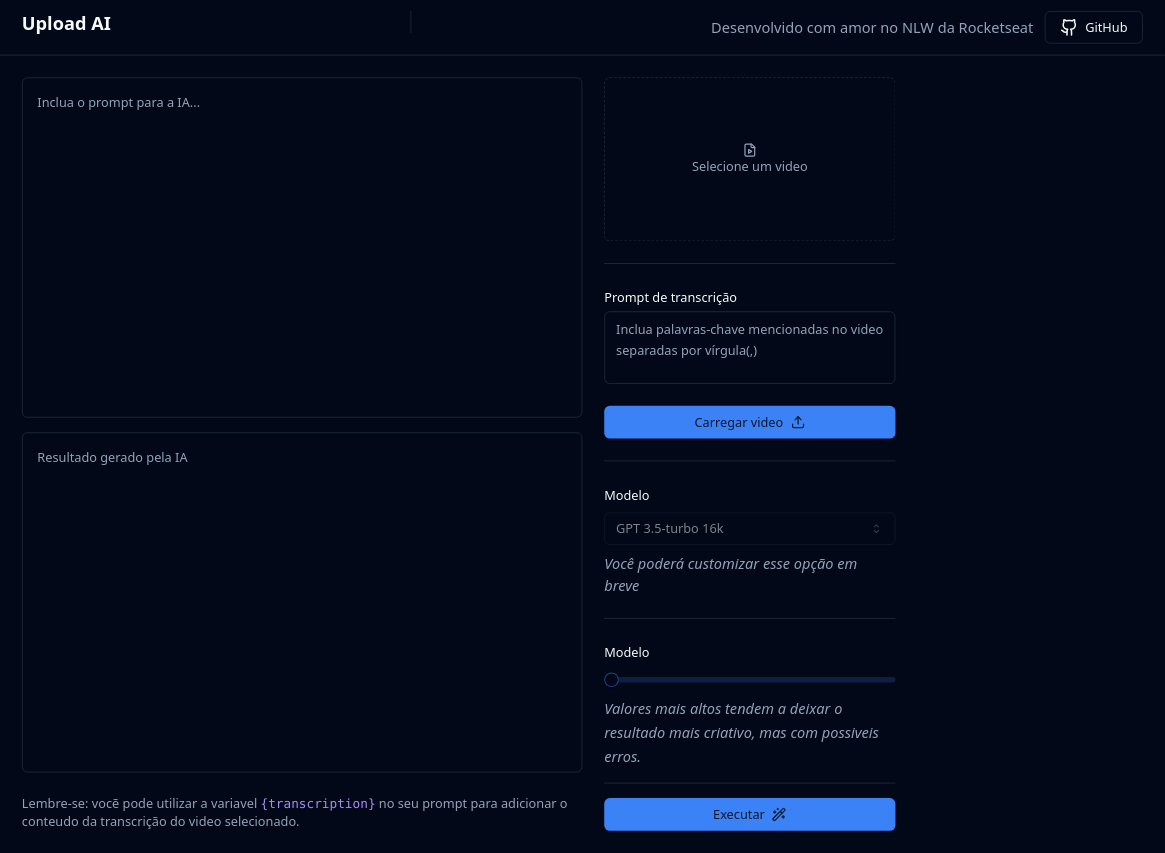
Repository: brksaian/nlw-2023-IA
Page: /
The author's editor kept a copy of each file at every save. The page is drawn from the files as they stood at one save, then again after the next save.
The browser window is 1280 px wide. The pictures show the whole page, at 91% of full size.
The project was rebuilt for these pictures with package versions that can differ from the ones it lists, and the page was loaded fresh each time. Also part of the build but not shown: vite.config.ts.

Above is the page before, as saved 2023-09-13 01:03:45.

### index.html
<!DOCTYPE html>
<html lang="en">
  <head>
    <meta charset="UTF-8" />
    <meta name="viewport" content="width=device-width, initial-scale=1.0" />
    <title>Upload AI</title>
  </head>
  <body>
    <div id="root"></div>
    <script type="module" src="/src/main.tsx"></script>
  </body>
</html>

### src/App.tsx
import { Button } from "./components/ui/button";
import { Github, FileVideo, Upload, Wand2 } from "lucide-react";
import { Separator } from "./components/ui/separator";
import { Textarea } from "./components/ui/textarea";
import { Label } from "./components/ui/label";
import {
  Select,
  SelectContent,
  SelectItem,
  SelectTrigger,
  SelectValue,
} from "./components/ui/select";
import { Slider } from "./components/ui/slider";

export function App() {
  return (
    <div className="min-h-screen flex flex-col">
      <div className="px-6 py-3 flex item-center justify-between border-b">
        <h1 className="text-xl font-bold">Upload AI</h1>

        <Separator orientation="vertical" className="h-6" />

        <div className="flex items-center gap-3">
          <span className="text-small text-muted-foreground">
            Desenvolvido com amor no NLW da Rocketseat
          </span>
          <Button variant="outline">
            <Github className="w-5 h-5 mr-2" />
            GitHub
          </Button>
        </div>
      </div>
      <main className="flex-1 p-6 flex gap-6">
        <div className="flex flex-col gap-6 w-1/2">
          <div className="grid grid-rows-2 gap-4 flex-1">
            <Textarea
              placeholder="Inclua o prompt para a IA..."
              className="resize-none p-4 leading-relaxed"
            />
            <Textarea
              placeholder="Resultado gerado pela IA"
              className="resize-none p-4 leading-relaxed"
              readOnly
            />
          </div>
          <p className="text-sm text-muted-foreground">
            Lembre-se: vocẽ pode utilizar a variavel{" "}
            <code className="text-violet-400">{"{transcription}"}</code> no seu
            prompt para adicionar o conteudo da transcrição do video
            selecionado.
          </p>
        </div>
        <aside className="w-80 space-y-6">
          <form className="space-y-6">
            <label
              htmlFor="video"
              className="border flex rounded-md aspect-video cursor-pointer border-dashed text-sm flex-col items-center justify-center text-muted-foreground hover:bg-primary/5"
            >
              <FileVideo className="w-4 h-4" />
              Selecione um video
            </label>
            <input
              type="file"
              name="video"
              id="video"
              className="sr-only"
              accept="video/mp4"
            />

            <Separator />

            <div className="space-y-1">
              <Label htmlFor="transcription-prompt">
                Prompt de transcrição
              </Label>
              <Textarea
                id="transcription-prompt"
                placeholder="Inclua palavras-chave mencionadas no video separadas por vírgula(,)"
                className="h-20 leading-relaxed resize-none"
              />
            </div>

            <Button className="w-full">
              Carregar video
              <Upload className="w-4 h-4 ml-2" />
            </Button>
          </form>

          <Separator />

          <form className="space-y-6">
            <div className="space-y-2">
              <Label htmlFor="keywords">Modelo</Label>
              <Select disabled defaultValue="gpt3.5">
                <SelectTrigger>
                  <SelectValue />
                </SelectTrigger>
                <SelectContent>
                  <SelectItem value={"gpt3.5"}>GPT 3.5-turbo 16k</SelectItem>
                </SelectContent>
              </Select>
              <span className="text-xm text-muted-foreground block italic">
                Você poderá customizar esse opção em breve
              </span>
            </div>
          </form>

          <Separator />

          <form className="space-y-6">
            <div className="space-y-4">
              <Label htmlFor="keywords">Modelo</Label>
              <Slider min={0} max={1} step={0.1} />
              <span className="text-xm text-muted-foreground block italic leading-relaxed">
                Valores mais altos tendem a deixar o resultado mais criativo,
                mas com possiveis erros.
              </span>

              <Separator />

              <Button className="w-full" type="submit">
                Executar
                <Wand2 className="w-4 h-4 ml-2" />
              </Button>
            </div>
          </form>
        </aside>
      </main>
    </div>
  );
}

### src/index.css
@tailwind base;
@tailwind components;
@tailwind utilities;

@layer base {
  :root {
    --background: 222.2 84% 4.9%;
    --foreground: 210 40% 98%;
    --card: 222.2 84% 4.9%;
    --card-foreground: 210 40% 98%;
    --popover: 222.2 84% 4.9%;
    --popover-foreground: 210 40% 98%;
    --primary: 217.2 91.2% 59.8%;
    --primary-foreground: 222.2 47.4% 11.2%;
    --secondary: 217.2 32.6% 17.5%;
    --secondary-foreground: 210 40% 98%;
    --muted: 217.2 32.6% 17.5%;
    --muted-foreground: 215 20.2% 65.1%;
    --accent: 217.2 32.6% 17.5%;
    --accent-foreground: 210 40% 98%;
    --destructive: 0 62.8% 30.6%;
    --destructive-foreground: 210 40% 98%;
    --border: 217.2 32.6% 17.5%;
    --input: 217.2 32.6% 17.5%;
    --ring: 224.3 76.3% 48%;

    --radius: 0.5rem;
  }
}

@layer base {
  * {
    @apply border-border;
  }
  body {
    @apply bg-background text-foreground;
  }
}

### src/components/ui/button.tsx
import * as React from "react"
import { Slot } from "@radix-ui/react-slot"
import { cva, type VariantProps } from "class-variance-authority"

import { cn } from "@/lib/utils"

const buttonVariants = cva(
  "inline-flex items-center justify-center rounded-md text-sm font-medium transition-colors focus-visible:outline-none focus-visible:ring-1 focus-visible:ring-ring disabled:pointer-events-none disabled:opacity-50",
  {
    variants: {
      variant: {
        default:
          "bg-primary text-primary-foreground shadow hover:bg-primary/90",
        destructive:
          "bg-destructive text-destructive-foreground shadow-sm hover:bg-destructive/90",
        outline:
          "border border-input bg-transparent shadow-sm hover:bg-accent hover:text-accent-foreground",
        secondary:
          "bg-secondary text-secondary-foreground shadow-sm hover:bg-secondary/80",
        ghost: "hover:bg-accent hover:text-accent-foreground",
        link: "text-primary underline-offset-4 hover:underline",
      },
      size: {
        default: "h-9 px-4 py-2",
        sm: "h-8 rounded-md px-3 text-xs",
        lg: "h-10 rounded-md px-8",
        icon: "h-9 w-9",
      },
    },
    defaultVariants: {
      variant: "default",
      size: "default",
    },
  }
)

export interface ButtonProps
  extends React.ButtonHTMLAttributes<HTMLButtonElement>,
    VariantProps<typeof buttonVariants> {
  asChild?: boolean
}

const Button = React.forwardRef<HTMLButtonElement, ButtonProps>(
  ({ className, variant, size, asChild = false, ...props }, ref) => {
    const Comp = asChild ? Slot : "button"
    return (
      <Comp
        className={cn(buttonVariants({ variant, size, className }))}
        ref={ref}
        {...props}
      />
    )
  }
)
Button.displayName = "Button"

export { Button, buttonVariants }

### src/components/ui/separator.tsx
import * as React from "react"
import * as SeparatorPrimitive from "@radix-ui/react-separator"

import { cn } from "@/lib/utils"

const Separator = React.forwardRef<
  React.ElementRef<typeof SeparatorPrimitive.Root>,
  React.ComponentPropsWithoutRef<typeof SeparatorPrimitive.Root>
>(
  (
    { className, orientation = "horizontal", decorative = true, ...props },
    ref
  ) => (
    <SeparatorPrimitive.Root
      ref={ref}
      decorative={decorative}
      orientation={orientation}
      className={cn(
        "shrink-0 bg-border",
        orientation === "horizontal" ? "h-[1px] w-full" : "h-full w-[1px]",
        className
      )}
      {...props}
    />
  )
)
Separator.displayName = SeparatorPrimitive.Root.displayName

export { Separator }

### src/components/ui/textarea.tsx
import * as React from "react"

import { cn } from "@/lib/utils"

export interface TextareaProps
  extends React.TextareaHTMLAttributes<HTMLTextAreaElement> {}

const Textarea = React.forwardRef<HTMLTextAreaElement, TextareaProps>(
  ({ className, ...props }, ref) => {
    return (
      <textarea
        className={cn(
          "flex min-h-[60px] w-full rounded-md border border-input bg-transparent px-3 py-2 text-sm shadow-sm placeholder:text-muted-foreground focus-visible:outline-none focus-visible:ring-1 focus-visible:ring-ring disabled:cursor-not-allowed disabled:opacity-50",
          className
        )}
        ref={ref}
        {...props}
      />
    )
  }
)
Textarea.displayName = "Textarea"

export { Textarea }

### src/components/ui/label.tsx
import * as React from "react"
import * as LabelPrimitive from "@radix-ui/react-label"
import { cva, type VariantProps } from "class-variance-authority"

import { cn } from "@/lib/utils"

const labelVariants = cva(
  "text-sm font-medium leading-none peer-disabled:cursor-not-allowed peer-disabled:opacity-70"
)

const Label = React.forwardRef<
  React.ElementRef<typeof LabelPrimitive.Root>,
  React.ComponentPropsWithoutRef<typeof LabelPrimitive.Root> &
    VariantProps<typeof labelVariants>
>(({ className, ...props }, ref) => (
  <LabelPrimitive.Root
    ref={ref}
    className={cn(labelVariants(), className)}
    {...props}
  />
))
Label.displayName = LabelPrimitive.Root.displayName

export { Label }

### src/components/ui/select.tsx
import * as React from "react"
import { CaretSortIcon, CheckIcon } from "@radix-ui/react-icons"
import * as SelectPrimitive from "@radix-ui/react-select"

import { cn } from "@/lib/utils"

const Select = SelectPrimitive.Root

const SelectGroup = SelectPrimitive.Group

const SelectValue = SelectPrimitive.Value

const SelectTrigger = React.forwardRef<
  React.ElementRef<typeof SelectPrimitive.Trigger>,
  React.ComponentPropsWithoutRef<typeof SelectPrimitive.Trigger>
>(({ className, children, ...props }, ref) => (
  <SelectPrimitive.Trigger
    ref={ref}
    className={cn(
      "flex h-9 w-full items-center justify-between rounded-md border border-input bg-transparent px-3 py-2 text-sm shadow-sm ring-offset-background placeholder:text-muted-foreground focus:outline-none focus:ring-1 focus:ring-ring disabled:cursor-not-allowed disabled:opacity-50",
      className
    )}
    {...props}
  >
    {children}
    <SelectPrimitive.Icon asChild>
      <CaretSortIcon className="h-4 w-4 opacity-50" />
    </SelectPrimitive.Icon>
  </SelectPrimitive.Trigger>
))
SelectTrigger.displayName = SelectPrimitive.Trigger.displayName

const SelectContent = React.forwardRef<
  React.ElementRef<typeof SelectPrimitive.Content>,
  React.ComponentPropsWithoutRef<typeof SelectPrimitive.Content>
>(({ className, children, position = "popper", ...props }, ref) => (
  <SelectPrimitive.Portal>
    <SelectPrimitive.Content
      ref={ref}
      className={cn(
        "relative z-50 min-w-[8rem] overflow-hidden rounded-md border bg-popover text-popover-foreground shadow-md data-[state=open]:animate-in data-[state=closed]:animate-out data-[state=closed]:fade-out-0 data-[state=open]:fade-in-0 data-[state=closed]:zoom-out-95 data-[state=open]:zoom-in-95 data-[side=bottom]:slide-in-from-top-2 data-[side=left]:slide-in-from-right-2 data-[side=right]:slide-in-from-left-2 data-[side=top]:slide-in-from-bottom-2",
        position === "popper" &&
          "data-[side=bottom]:translate-y-1 data-[side=left]:-translate-x-1 data-[side=right]:translate-x-1 data-[side=top]:-translate-y-1",
        className
      )}
      position={position}
      {...props}
    >
      <SelectPrimitive.Viewport
        className={cn(
          "p-1",
          position === "popper" &&
            "h-[var(--radix-select-trigger-height)] w-full min-w-[var(--radix-select-trigger-width)]"
        )}
      >
        {children}
      </SelectPrimitive.Viewport>
    </SelectPrimitive.Content>
  </SelectPrimitive.Portal>
))
SelectContent.displayName = SelectPrimitive.Content.displayName

const SelectLabel = React.forwardRef<
  React.ElementRef<typeof SelectPrimitive.Label>,
  React.ComponentPropsWithoutRef<typeof SelectPrimitive.Label>
>(({ className, ...props }, ref) => (
  <SelectPrimitive.Label
    ref={ref}
    className={cn("px-2 py-1.5 text-sm font-semibold", className)}
    {...props}
  />
))
SelectLabel.displayName = SelectPrimitive.Label.displayName

const SelectItem = React.forwardRef<
  React.ElementRef<typeof SelectPrimitive.Item>,
  React.ComponentPropsWithoutRef<typeof SelectPrimitive.Item>
>(({ className, children, ...props }, ref) => (
  <SelectPrimitive.Item
    ref={ref}
    className={cn(
      "relative flex w-full cursor-default select-none items-center rounded-sm py-1.5 pl-2 pr-8 text-sm outline-none focus:bg-accent focus:text-accent-foreground data-[disabled]:pointer-events-none data-[disabled]:opacity-50",
      className
    )}
    {...props}
  >
    <span className="absolute right-2 flex h-3.5 w-3.5 items-center justify-center">
      <SelectPrimitive.ItemIndicator>
        <CheckIcon className="h-4 w-4" />
      </SelectPrimitive.ItemIndicator>
    </span>
    <SelectPrimitive.ItemText>{children}</SelectPrimitive.ItemText>
  </SelectPrimitive.Item>
))
SelectItem.displayName = SelectPrimitive.Item.displayName

const SelectSeparator = React.forwardRef<
  React.ElementRef<typeof SelectPrimitive.Separator>,
  React.ComponentPropsWithoutRef<typeof SelectPrimitive.Separator>
>(({ className, ...props }, ref) => (
  <SelectPrimitive.Separator
    ref={ref}
    className={cn("-mx-1 my-1 h-px bg-muted", className)}
    {...props}
  />
))
SelectSeparator.displayName = SelectPrimitive.Separator.displayName

export {
  Select,
  SelectGroup,
  SelectValue,
  SelectTrigger,
  SelectContent,
  SelectLabel,
  SelectItem,
  SelectSeparator,
}

### src/components/ui/slider.tsx
import * as React from "react"
import * as SliderPrimitive from "@radix-ui/react-slider"

import { cn } from "@/lib/utils"

const Slider = React.forwardRef<
  React.ElementRef<typeof SliderPrimitive.Root>,
  React.ComponentPropsWithoutRef<typeof SliderPrimitive.Root>
>(({ className, ...props }, ref) => (
  <SliderPrimitive.Root
    ref={ref}
    className={cn(
      "relative flex w-full touch-none select-none items-center",
      className
    )}
    {...props}
  >
    <SliderPrimitive.Track className="relative h-1.5 w-full grow overflow-hidden rounded-full bg-primary/20">
      <SliderPrimitive.Range className="absolute h-full bg-primary" />
    </SliderPrimitive.Track>
    <SliderPrimitive.Thumb className="block h-4 w-4 rounded-full border border-primary/50 bg-background shadow transition-colors focus-visible:outline-none focus-visible:ring-1 focus-visible:ring-ring disabled:pointer-events-none disabled:opacity-50" />
  </SliderPrimitive.Root>
))
Slider.displayName = SliderPrimitive.Root.displayName

export { Slider }

Loaded but not shown: src/main.tsx (common file); src/lib/utils.ts (common file); tailwind.config.js (common file)

After the next save:
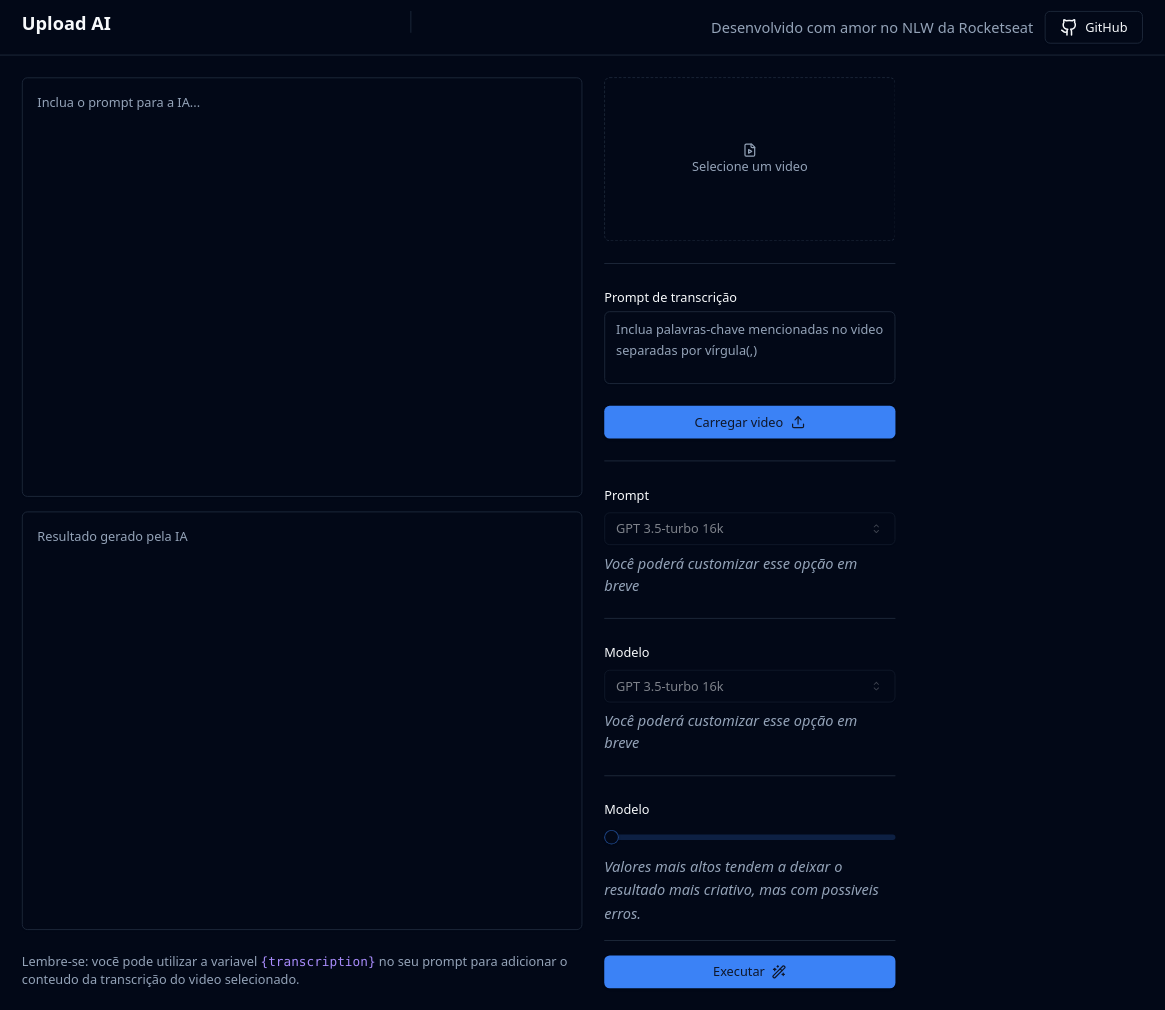
Saved 109 s later.
--- a/src/App.tsx
+++ b/src/App.tsx
@@ -90,6 +90,25 @@ export function App() {
 
           <form className="space-y-6">
             <div className="space-y-2">
+              <Label>Prompt</Label>
+              <Select disabled defaultValue="gpt3.5">
+                <SelectTrigger>
+                  <SelectValue />
+                </SelectTrigger>
+                <SelectContent>
+                  <SelectItem value={"gpt3.5"}>GPT 3.5-turbo 16k</SelectItem>
+                </SelectContent>
+              </Select>
+              <span className="text-xm text-muted-foreground block italic">
+                Você poderá customizar esse opção em breve
+              </span>
+            </div>
+          </form>
+
+          <Separator />
+
+          <form className="space-y-6">
+            <div className="space-y-2">
               <Label htmlFor="keywords">Modelo</Label>
               <Select disabled defaultValue="gpt3.5">
                 <SelectTrigger>
